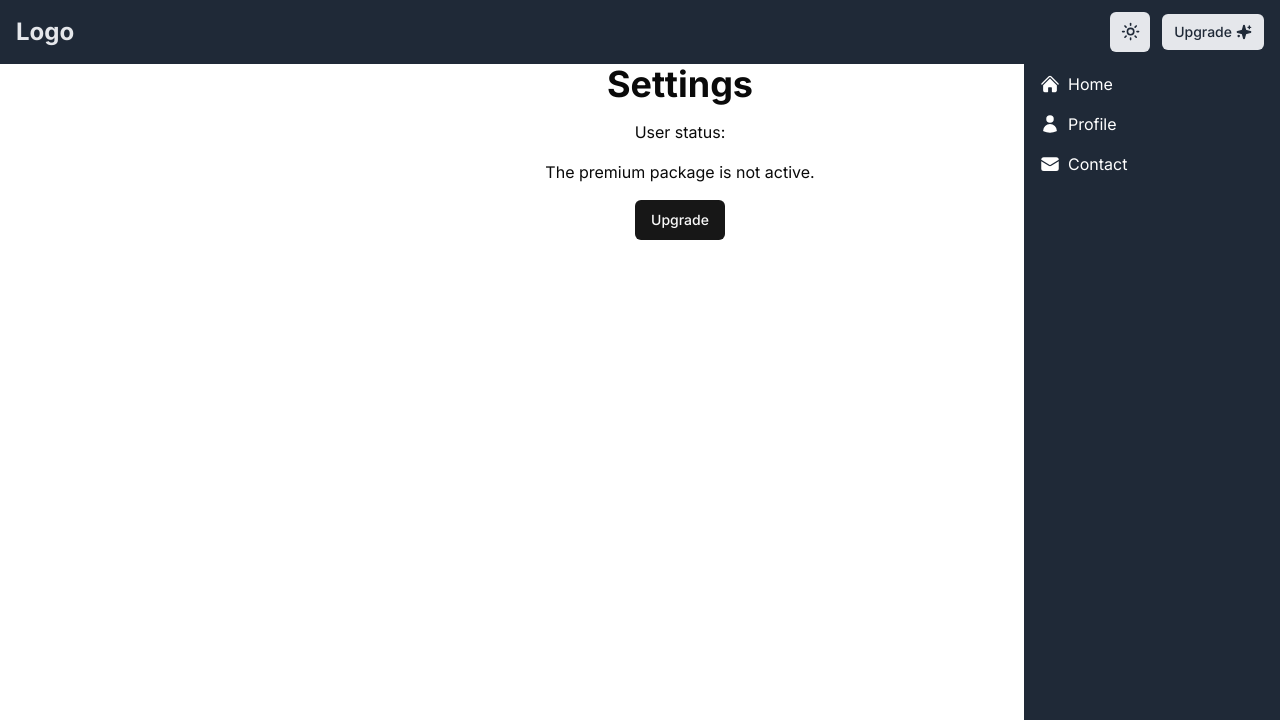
Repository: michalmilek/AI-companion-bot
Page: /settings
These files come from the project's save history. The page is drawn as it stood at one moment and after the next save; the edit follows.
The browser window is 1280 px wide. The pictures show the whole page.
The page's requests for data from a server got no answer. The project was rebuilt for these pictures with package versions that can differ from the ones it lists, and the page was loaded fresh each time. Some packages were replaced by stand-ins written for this rebuild. The framework's server and built-in components were replaced by stand-ins that run in the browser. No one was signed in, and anything a server would have sent is missing. Also part of the build but not shown: next.config.js. Imported but missing from the stored project, and not drawn on this page: lib/prismadb.

Above is the page before, as saved 2023-10-10 15:35:48.

### app/layout.tsx
import { ClerkProvider } from "@clerk/nextjs";
import "./globals.css";
import type { Metadata } from "next";
import { Inter } from "next/font/google";
import { ThemeProvider } from "@/components/theme-provider";

const inter = Inter({ subsets: ["latin"] });

export const metadata: Metadata = {
  title: "Create Next App",
  description: "Generated by create next app",
};

export default function RootLayout({
  children,
}: {
  children: React.ReactNode;
}) {
  return (
    <ClerkProvider>
      <html lang="en">
        <body className={inter.className}>
          <ThemeProvider
            attribute="class"
            defaultTheme="light"
            enableSystem
            disableTransitionOnChange>
            {children}
          </ThemeProvider>
        </body>
      </html>
    </ClerkProvider>
  );
}

### app/(root)/layout.tsx
import MobileSidebar from "@/components/MobileSidebar";
import Navbar from "@/components/Navbar";
import React from "react";

const RootLayout = ({ children }: { children: React.ReactNode }) => {
  return (
    <div className="h-screen">
      <Navbar />
      <MobileSidebar />
      <main className="md:pl-20 pt-16 h-full">{children}</main>
    </div>
  );
};

export default RootLayout;

### app/(root)/(routes)/settings/page.tsx
import { checkSubscription } from "@/lib/subscription";
import React from "react";
import SubscriptionPanel from "./companion/SubscriptionPanel";

const page = async () => {
  const isPro = await checkSubscription();
  return (
    <div>
      <SubscriptionPanel isPro={isPro} />
    </div>
  );
};

export default page;

### app/globals.css
@tailwind base;
@tailwind components;
@tailwind utilities;

@layer base {
  :root {
    --background: 0 0% 100%;
    --foreground: 0 0% 3.9%;

    --card: 0 0% 100%;
    --card-foreground: 0 0% 3.9%;

    --popover: 0 0% 100%;
    --popover-foreground: 0 0% 3.9%;

    --primary: 0 0% 9%;
    --primary-foreground: 0 0% 98%;

    --secondary: 0 0% 96.1%;
    --secondary-foreground: 0 0% 9%;

    --muted: 0 0% 96.1%;
    --muted-foreground: 0 0% 45.1%;

    --accent: 0 0% 96.1%;
    --accent-foreground: 0 0% 9%;

    --destructive: 0 84.2% 60.2%;
    --destructive-foreground: 0 0% 98%;

    --border: 0 0% 89.8%;
    --input: 0 0% 89.8%;
    --ring: 0 0% 3.9%;

    --radius: 0.5rem;
  }

  .dark {
    --background: 0 0% 3.9%;
    --foreground: 0 0% 98%;

    --card: 0 0% 3.9%;
    --card-foreground: 0 0% 98%;

    --popover: 0 0% 3.9%;
    --popover-foreground: 0 0% 98%;

    --primary: 0 0% 98%;
    --primary-foreground: 0 0% 9%;

    --secondary: 0 0% 14.9%;
    --secondary-foreground: 0 0% 98%;

    --muted: 0 0% 14.9%;
    --muted-foreground: 0 0% 63.9%;

    --accent: 0 0% 14.9%;
    --accent-foreground: 0 0% 98%;

    --destructive: 0 62.8% 30.6%;
    --destructive-foreground: 0 0% 98%;

    --border: 0 0% 14.9%;
    --input: 0 0% 14.9%;
    --ring: 0 0% 83.1%;
  }
}

@layer base {
  * {
    @apply border-border;
  }
  body {
    @apply bg-background text-foreground;
  }
}

*{
  box-sizing: border-box;
  padding: 0;
  margin: 0;
}

### components/MobileSidebar.tsx
"use client";

import React, { useState } from "react";
import { AnimatePresence, motion } from "framer-motion";
import { useTheme } from "next-themes";
import clsx from "clsx";
import { Theme, getThemeBackground } from "@/app/utils/helpers";
import { Button } from "./ui/button";
import {
  XMarkIcon,
  HomeIcon,
  UserIcon,
  EnvelopeIcon,
} from "@heroicons/react/24/solid";
import Link from "next/link";

const MobileSidebar = () => {
  const { theme } = useTheme();
  const [isOpen, setIsOpen] = useState(false);

  const toggleMenu = () => {
    setIsOpen(!isOpen);
  };

  return (
    <motion.aside
      key={"mobileSidebar"}
      className={`bg-gray-800 text-white h-full w-64 fixed bottom-0 top-16 right-0 ${getThemeBackground(
        theme as Theme
      )}`}
      initial={{ x: "100%" }}
      animate={{ x: 0 }}
      transition={{ type: "tween", duration: 0.3 }}>
      <ul>
        <li>
          <Link href="/">
            <a className="flex items-center gap-2 py-2 px-4 hover:bg-gray-700">
              <HomeIcon className="h-5 w-5" />
              <span>Home</span>
            </a>
          </Link>
        </li>
        <li>
          <Link href="/profile">
            <a className="flex items-center gap-2 py-2 px-4 hover:bg-gray-700">
              <UserIcon className="h-5 w-5" />
              <span>Profile</span>
            </a>
          </Link>
        </li>
        <li>
          <Link href="/contact">
            <a className="flex items-center gap-2 py-2 px-4 hover:bg-gray-700">
              <EnvelopeIcon className="h-5 w-5" />
              <span>Contact</span>
            </a>
          </Link>
        </li>
      </ul>
    </motion.aside>
  );
};
export default MobileSidebar;

### components/Navbar.tsx
"use client";

import React, { useEffect, useState } from "react";
import { UserButton } from "@clerk/nextjs";
import { Button } from "./ui/button";
import { Sparkles } from "lucide-react";
import { ThemeToggle } from "./theme-toggle";
import { useTheme } from "next-themes";
import clsx from "clsx";
import { Theme, getThemeBackground, getThemeColor } from "@/app/utils/helpers";

const Navbar = () => {
  const { theme } = useTheme();

  return (
    <nav
      className={`${getThemeBackground(
        theme as Theme
      )} h-16 flex justify-between items-center px-4 fixed top-0 left-0 right-0 z-50`}>
      <a
        href="#"
        className="text-2xl font-bold">
        Logo
      </a>
      <div className="flex items-center gap-3">
        <ThemeToggle />
        <Button
          size="sm"
          variant={getThemeColor(theme as Theme)}>
          Upgrade
          <Sparkles className="text-gray-800 fill-gray-800 h-4 w-4" />
        </Button>

        <UserButton />
      </div>
    </nav>
  );
};

export default Navbar;

### lib/subscription.ts
import { auth } from "@clerk/nextjs";

import prismadb from "@/lib/prismadb";

const DAY_IN_MS = 86_400_000;

export const checkSubscription = async () => {
  const { userId } = auth();

  if (!userId) {
    return false;
  }

  const userSubscription = await prismadb.userSubscription.findUnique({
    where: {
      userId,
    },
    select: {
      stripeCurrentPeriodEnd: true,
      stripeCustomerId: true,
      stripePriceId: true,
      stripeSubscriptionId: true,
    },
  });

  if (!userSubscription) {
    return false;
  }

  const isValid =
    userSubscription.stripePriceId &&
    userSubscription.stripeCurrentPeriodEnd?.getTime()! + DAY_IN_MS >
      Date.now();

  return !!isValid;
};

### app/(root)/(routes)/settings/companion/SubscriptionPanel.tsx
"use client";

import { Button } from "@/components/ui/button";
import axios from "axios";
import React from "react";

const SubscriptionPanel = ({ isPro }: { isPro: boolean }) => {
  const onSubscribe = async () => {
    try {
      const response = await axios.get("/api/stripe");

      window.location.href = response.data.url;
    } catch (error) {
      console.log("onSubscribe error", error);
    }
  };

  return (
    <div className="flex flex-col gap-4 items-center justify-center">
      <h1 className="text-4xl font-bold">Settings</h1>
      <h2>User status:</h2>
      <p>
        {isPro
          ? "The premium package is active."
          : "The premium package is not active."}
      </p>
      <Button onClick={onSubscribe}>
        {isPro ? "Edit your subscription" : "Upgrade"}
      </Button>
    </div>
  );
};

export default SubscriptionPanel;

### app/utils/helpers.ts
import clsx from "clsx";

export type Theme = "dark" | "system" | "light";

export function getThemeColor(theme: Theme) {
  if (theme === "dark" || theme === "system") {
    return "dark";
  } else {
    return "gray";
  }
}

export const getThemeBackground = (theme: Theme) => {
  return clsx(
    (theme === "dark" || theme === "system") && "bg-gray-200 text-gray-800",
    theme === "light" && "bg-gray-800 text-gray-200"
  );
};

### components/ui/button.tsx
import * as React from "react";
import { Slot } from "@radix-ui/react-slot";
import { cva, type VariantProps } from "class-variance-authority";

import { cn } from "@/lib/utils";

const buttonVariants = cva(
  "inline-flex items-center justify-center rounded-md text-sm font-medium ring-offset-background transition-colors focus-visible:outline-none focus-visible:ring-2 focus-visible:ring-ring focus-visible:ring-offset-2 disabled:pointer-events-none disabled:opacity-50",
  {
    variants: {
      variant: {
        default: "bg-primary text-primary-foreground hover:bg-primary/90",
        destructive:
          "bg-destructive text-destructive-foreground hover:bg-destructive/90",
        outline:
          "border border-input bg-background hover:bg-accent hover:text-accent-foreground",
        secondary:
          "bg-secondary text-secondary-foreground hover:bg-secondary/80",
        ghost: "hover:bg-accent hover:text-accent-foreground",
        link: "text-primary underline-offset-4 hover:underline",
        gray: "bg-gray-200 text-gray-800 flex items-center gap-1 hover:bg-gray-300 transition-all",
        dark: "bg-gray-800 text-gray-200 flex items-center gap-1 hover:bg-gray-600 transition-all",
      },
      size: {
        default: "h-10 px-4 py-2",
        sm: "h-9 rounded-md px-3",
        lg: "h-11 rounded-md px-8",
        icon: "h-10 w-10",
      },
    },
    defaultVariants: {
      variant: "default",
      size: "default",
    },
  }
);

export interface ButtonProps
  extends React.ButtonHTMLAttributes<HTMLButtonElement>,
    VariantProps<typeof buttonVariants> {
  asChild?: boolean;
}

const Button = React.forwardRef<HTMLButtonElement, ButtonProps>(
  ({ className, variant, size, asChild = false, ...props }, ref) => {
    const Comp = asChild ? Slot : "button";
    return (
      <Comp
        className={cn(buttonVariants({ variant, size, className }))}
        ref={ref}
        {...props}
      />
    );
  }
);
Button.displayName = "Button";

export { Button, buttonVariants };

### components/theme-toggle.tsx
"use client";

import * as React from "react";
import { Moon, Sun } from "lucide-react";
import { useTheme } from "next-themes";

import { Button } from "@/components/ui/button";
import {
  DropdownMenu,
  DropdownMenuContent,
  DropdownMenuItem,
  DropdownMenuTrigger,
} from "@/components/ui/dropdown-menu";
import { Theme, getThemeColor } from "@/app/utils/helpers";

export function ThemeToggle() {
  const { theme, setTheme } = useTheme();

  return (
    <DropdownMenu>
      <DropdownMenuTrigger asChild>
        <Button
          variant={getThemeColor(theme as Theme)}
          size="icon">
          <Sun className="h-[1.2rem] w-[1.2rem] rotate-0 scale-100 transition-all dark:-rotate-90 dark:scale-0" />
          <Moon className="absolute h-[1.2rem] w-[1.2rem] rotate-90 scale-0 transition-all dark:rotate-0 dark:scale-100" />
          <span className="sr-only">Toggle theme</span>
        </Button>
      </DropdownMenuTrigger>
      <DropdownMenuContent align="end">
        <DropdownMenuItem onClick={() => setTheme("light")}>
          Light
        </DropdownMenuItem>
        <DropdownMenuItem onClick={() => setTheme("dark")}>
          Dark
        </DropdownMenuItem>
        <DropdownMenuItem onClick={() => setTheme("system")}>
          System
        </DropdownMenuItem>
      </DropdownMenuContent>
    </DropdownMenu>
  );
}

### components/ui/dropdown-menu.tsx
"use client"

import * as React from "react"
import * as DropdownMenuPrimitive from "@radix-ui/react-dropdown-menu"
import { Check, ChevronRight, Circle } from "lucide-react"

import { cn } from "@/lib/utils"

const DropdownMenu = DropdownMenuPrimitive.Root

const DropdownMenuTrigger = DropdownMenuPrimitive.Trigger

const DropdownMenuGroup = DropdownMenuPrimitive.Group

const DropdownMenuPortal = DropdownMenuPrimitive.Portal

const DropdownMenuSub = DropdownMenuPrimitive.Sub

const DropdownMenuRadioGroup = DropdownMenuPrimitive.RadioGroup

const DropdownMenuSubTrigger = React.forwardRef<
  React.ElementRef<typeof DropdownMenuPrimitive.SubTrigger>,
  React.ComponentPropsWithoutRef<typeof DropdownMenuPrimitive.SubTrigger> & {
    inset?: boolean
  }
>(({ className, inset, children, ...props }, ref) => (
  <DropdownMenuPrimitive.SubTrigger
    ref={ref}
    className={cn(
      "flex cursor-default select-none items-center rounded-sm px-2 py-1.5 text-sm outline-none focus:bg-accent data-[state=open]:bg-accent",
      inset && "pl-8",
      className
    )}
    {...props}
  >
    {children}
    <ChevronRight className="ml-auto h-4 w-4" />
  </DropdownMenuPrimitive.SubTrigger>
))
DropdownMenuSubTrigger.displayName =
  DropdownMenuPrimitive.SubTrigger.displayName

const DropdownMenuSubContent = React.forwardRef<
  React.ElementRef<typeof DropdownMenuPrimitive.SubContent>,
  React.ComponentPropsWithoutRef<typeof DropdownMenuPrimitive.SubContent>
>(({ className, ...props }, ref) => (
  <DropdownMenuPrimitive.SubContent
    ref={ref}
    className={cn(
      "z-50 min-w-[8rem] overflow-hidden rounded-md border bg-popover p-1 text-popover-foreground shadow-lg data-[state=open]:animate-in data-[state=closed]:animate-out data-[state=closed]:fade-out-0 data-[state=open]:fade-in-0 data-[state=closed]:zoom-out-95 data-[state=open]:zoom-in-95 data-[side=bottom]:slide-in-from-top-2 data-[side=left]:slide-in-from-right-2 data-[side=right]:slide-in-from-left-2 data-[side=top]:slide-in-from-bottom-2",
      className
    )}
    {...props}
  />
))
DropdownMenuSubContent.displayName =
  DropdownMenuPrimitive.SubContent.displayName

const DropdownMenuContent = React.forwardRef<
  React.ElementRef<typeof DropdownMenuPrimitive.Content>,
  React.ComponentPropsWithoutRef<typeof DropdownMenuPrimitive.Content>
>(({ className, sideOffset = 4, ...props }, ref) => (
  <DropdownMenuPrimitive.Portal>
    <DropdownMenuPrimitive.Content
      ref={ref}
      sideOffset={sideOffset}
      className={cn(
        "z-50 min-w-[8rem] overflow-hidden rounded-md border bg-popover p-1 text-popover-foreground shadow-md data-[state=open]:animate-in data-[state=closed]:animate-out data-[state=closed]:fade-out-0 data-[state=open]:fade-in-0 data-[state=closed]:zoom-out-95 data-[state=open]:zoom-in-95 data-[side=bottom]:slide-in-from-top-2 data-[side=left]:slide-in-from-right-2 data-[side=right]:slide-in-from-left-2 data-[side=top]:slide-in-from-bottom-2",
        className
      )}
      {...props}
    />
  </DropdownMenuPrimitive.Portal>
))
DropdownMenuContent.displayName = DropdownMenuPrimitive.Content.displayName

const DropdownMenuItem = React.forwardRef<
  React.ElementRef<typeof DropdownMenuPrimitive.Item>,
  React.ComponentPropsWithoutRef<typeof DropdownMenuPrimitive.Item> & {
    inset?: boolean
  }
>(({ className, inset, ...props }, ref) => (
  <DropdownMenuPrimitive.Item
    ref={ref}
    className={cn(
      "relative flex cursor-default select-none items-center rounded-sm px-2 py-1.5 text-sm outline-none transition-colors focus:bg-accent focus:text-accent-foreground data-[disabled]:pointer-events-none data-[disabled]:opacity-50",
      inset && "pl-8",
      className
    )}
    {...props}
  />
))
DropdownMenuItem.displayName = DropdownMenuPrimitive.Item.displayName

const DropdownMenuCheckboxItem = React.forwardRef<
  React.ElementRef<typeof DropdownMenuPrimitive.CheckboxItem>,
  React.ComponentPropsWithoutRef<typeof DropdownMenuPrimitive.CheckboxItem>
>(({ className, children, checked, ...props }, ref) => (
  <DropdownMenuPrimitive.CheckboxItem
    ref={ref}
    className={cn(
      "relative flex cursor-default select-none items-center rounded-sm py-1.5 pl-8 pr-2 text-sm outline-none transition-colors focus:bg-accent focus:text-accent-foreground data-[disabled]:pointer-events-none data-[disabled]:opacity-50",
      className
    )}
    checked={checked}
    {...props}
  >
    <span className="absolute left-2 flex h-3.5 w-3.5 items-center justify-center">
      <DropdownMenuPrimitive.ItemIndicator>
        <Check className="h-4 w-4" />
      </DropdownMenuPrimitive.ItemIndicator>
    </span>
    {children}
  </DropdownMenuPrimitive.CheckboxItem>
))
DropdownMenuCheckboxItem.displayName =
  DropdownMenuPrimitive.CheckboxItem.displayName

const DropdownMenuRadioItem = React.forwardRef<
  React.ElementRef<typeof DropdownMenuPrimitive.RadioItem>,
  React.ComponentPropsWithoutRef<typeof DropdownMenuPrimitive.RadioItem>
>(({ className, children, ...props }, ref) => (
  <DropdownMenuPrimitive.RadioItem
    ref={ref}
    className={cn(
      "relative flex cursor-default select-none items-center rounded-sm py-1.5 pl-8 pr-2 text-sm outline-none transition-colors focus:bg-accent focus:text-accent-foreground data-[disabled]:pointer-events-none data-[disabled]:opacity-50",
      className
    )}
    {...props}
  >
    <span className="absolute left-2 flex h-3.5 w-3.5 items-center justify-center">
      <DropdownMenuPrimitive.ItemIndicator>
        <Circle className="h-2 w-2 fill-current" />
      </DropdownMenuPrimitive.ItemIndicator>
    </span>
    {children}
  </DropdownMenuPrimitive.RadioItem>
))
DropdownMenuRadioItem.displayName = DropdownMenuPrimitive.RadioItem.displayName

const DropdownMenuLabel = React.forwardRef<
  React.ElementRef<typeof DropdownMenuPrimitive.Label>,
  React.ComponentPropsWithoutRef<typeof DropdownMenuPrimitive.Label> & {
    inset?: boolean
  }
>(({ className, inset, ...props }, ref) => (
  <DropdownMenuPrimitive.Label
    ref={ref}
    className={cn(
      "px-2 py-1.5 text-sm font-semibold",
      inset && "pl-8",
      className
    )}
    {...props}
  />
))
DropdownMenuLabel.displayName = DropdownMenuPrimitive.Label.displayName

const DropdownMenuSeparator = React.forwardRef<
  React.ElementRef<typeof DropdownMenuPrimitive.Separator>,
  React.ComponentPropsWithoutRef<typeof DropdownMenuPrimitive.Separator>
>(({ className, ...props }, ref) => (
  <DropdownMenuPrimitive.Separator
    ref={ref}
    className={cn("-mx-1 my-1 h-px bg-muted", className)}
    {...props}
  />
))
DropdownMenuSeparator.displayName = DropdownMenuPrimitive.Separator.displayName

const DropdownMenuShortcut = ({
  className,
  ...props
}: React.HTMLAttributes<HTMLSpanElement>) => {
  return (
    <span
      className={cn("ml-auto text-xs tracking-widest opacity-60", className)}
      {...props}
    />
  )
}
DropdownMenuShortcut.displayName = "DropdownMenuShortcut"

export {
  DropdownMenu,
  DropdownMenuTrigger,
  DropdownMenuContent,
  DropdownMenuItem,
  DropdownMenuCheckboxItem,
  DropdownMenuRadioItem,
  DropdownMenuLabel,
  DropdownMenuSeparator,
  DropdownMenuShortcut,
  DropdownMenuGroup,
  DropdownMenuPortal,
  DropdownMenuSub,
  DropdownMenuSubContent,
  DropdownMenuSubTrigger,
  DropdownMenuRadioGroup,
}

Loaded but not shown: components/theme-provider.tsx (common file); lib/utils.ts (common file); tailwind.config.js (common file)

After the next save:
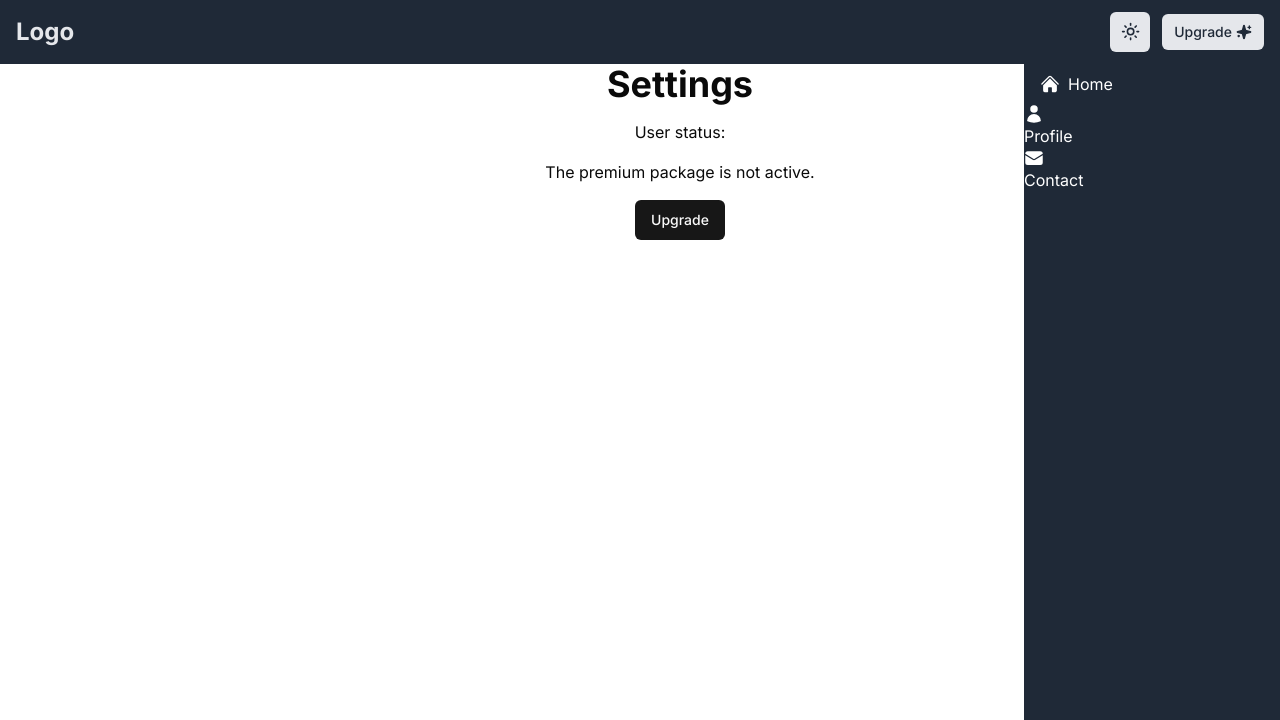
Saved 37 s later.
--- a/components/MobileSidebar.tsx
+++ b/components/MobileSidebar.tsx
@@ -33,27 +33,23 @@ const MobileSidebar = () => {
       transition={{ type: "tween", duration: 0.3 }}>
       <ul>
         <li>
-          <Link href="/">
-            <a className="flex items-center gap-2 py-2 px-4 hover:bg-gray-700">
-              <HomeIcon className="h-5 w-5" />
-              <span>Home</span>
-            </a>
+          <Link
+            className="flex items-center gap-2 py-2 px-4 hover:bg-gray-700"
+            href="/">
+            <HomeIcon className="h-5 w-5" />
+            <span>Home</span>
           </Link>
         </li>
         <li>
           <Link href="/profile">
-            <a className="flex items-center gap-2 py-2 px-4 hover:bg-gray-700">
-              <UserIcon className="h-5 w-5" />
-              <span>Profile</span>
-            </a>
+            <UserIcon className="h-5 w-5" />
+            <span>Profile</span>
           </Link>
         </li>
         <li>
           <Link href="/contact">
-            <a className="flex items-center gap-2 py-2 px-4 hover:bg-gray-700">
-              <EnvelopeIcon className="h-5 w-5" />
-              <span>Contact</span>
-            </a>
+            <EnvelopeIcon className="h-5 w-5" />
+            <span>Contact</span>
           </Link>
         </li>
       </ul>
